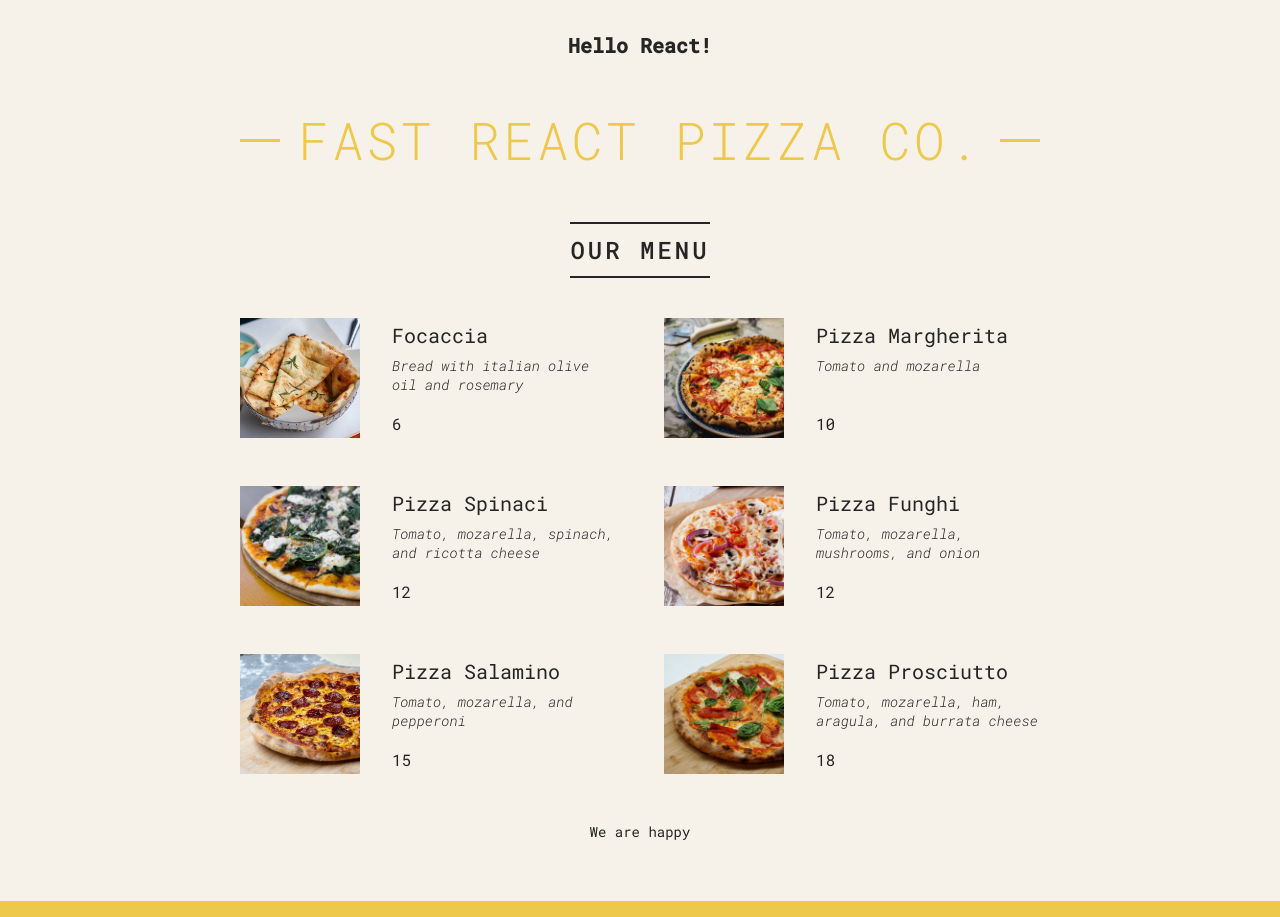
Repository: Alphosmart/03_pizza-menu
Page: /
The author's editor kept a copy of each file at every save. The page is drawn from the files as they stood at one save, then again after the next save.
The browser window is 1280 px wide. The pictures show the whole page.
The project was rebuilt for these pictures with package versions that can differ from the ones it lists, and the page was loaded fresh each time.

Above is the page before, as saved 2024-06-02 12:23:55.

After the next save:
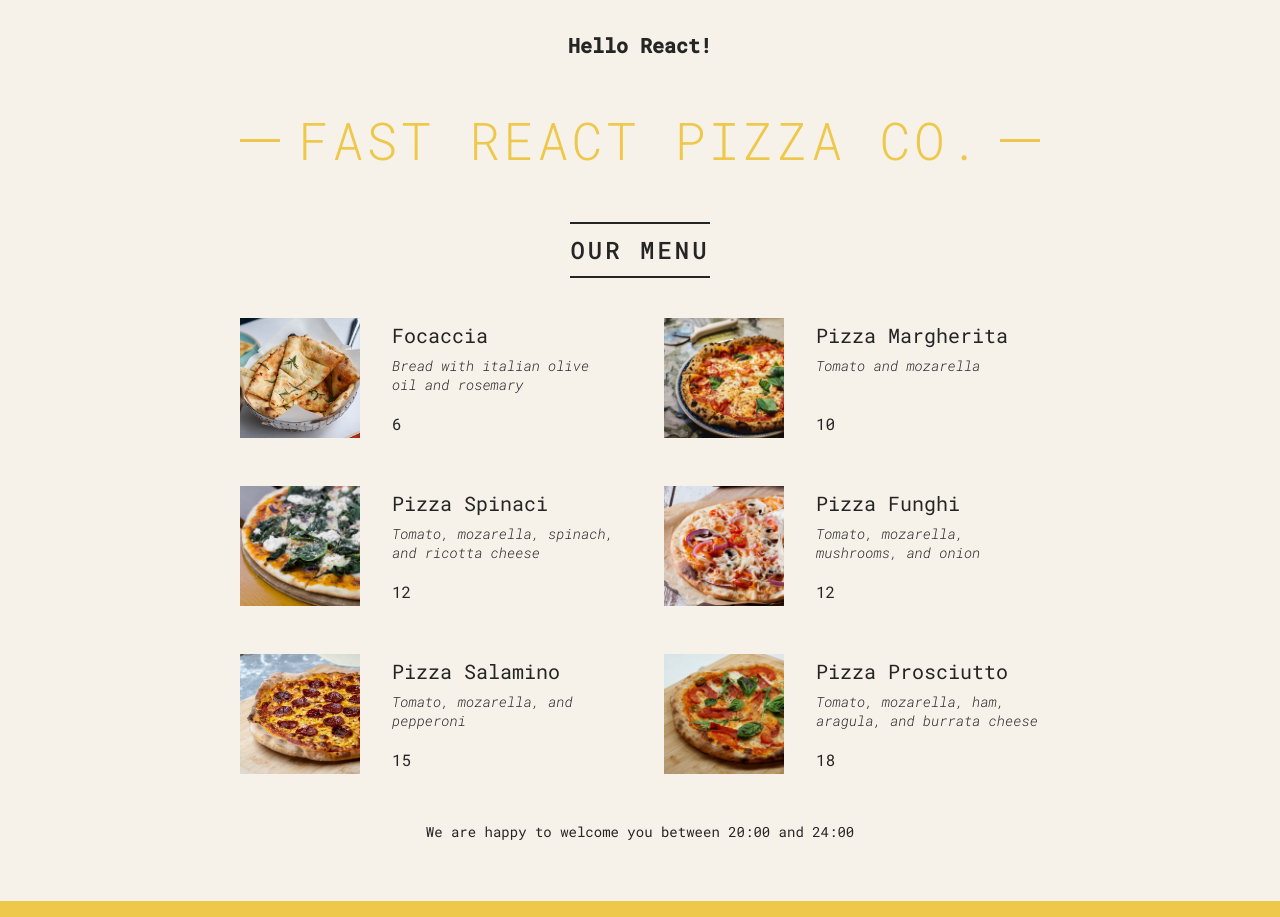
Saved 84 s later.
--- a/src/index.js
+++ b/src/index.js
@@ -132,7 +132,9 @@ function Footer() {
           <button className="btn">Order</button>
         </div>
       ) : (
-        <p>We are happy</p>
+        <p>
+          We are happy to welcome you between {openHour}:00 and {closeHour}:00
+        </p>
       )}
     </footer>
   );
